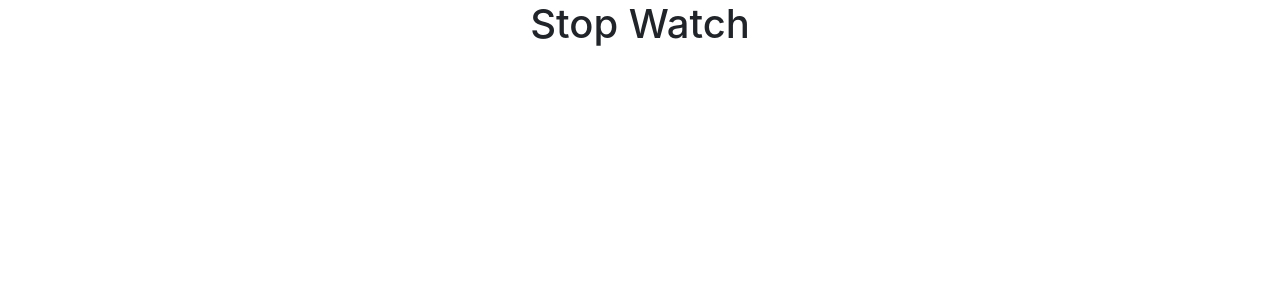
Repository: moiz9265/stopwatch
Page: index.html
These files come from the project's save history. The page is drawn as it stood at one moment and after the next save; the edit follows.
The browser window is 1280 px wide. The pictures show the whole page.

Above is the page before, as saved 2020-07-09 22:42:43.

### index.html
<!DOCTYPE html>
<html lang="en">
  <head>
    <meta charset="utf-8">
    <title>Stop Watch</title>

    <link rel="stylesheet" href="css/bootstrap.min.css">
    <script src="js/app.js">

    </script>
  </head>
  <body>
      <h1  style="text-align: center;">Stop Watch</h1>

  </body>
  <script src="js/jquery-3.2.1.slim.min.js"></script>
  <script src="js/popper.min.js"></script>
  <script src="js/bootstrap.min.js"> </script>
</html>

### css/style.css
body{
    background-color: #0692BF;
}

Loaded but not shown: css/bootstrap.min.css (library); js/jquery-3.2.1.slim.min.js (library); js/popper.min.js (library); js/bootstrap.min.js (library); js/app.js (no stored copy; drawn as an empty file)

After the next save:
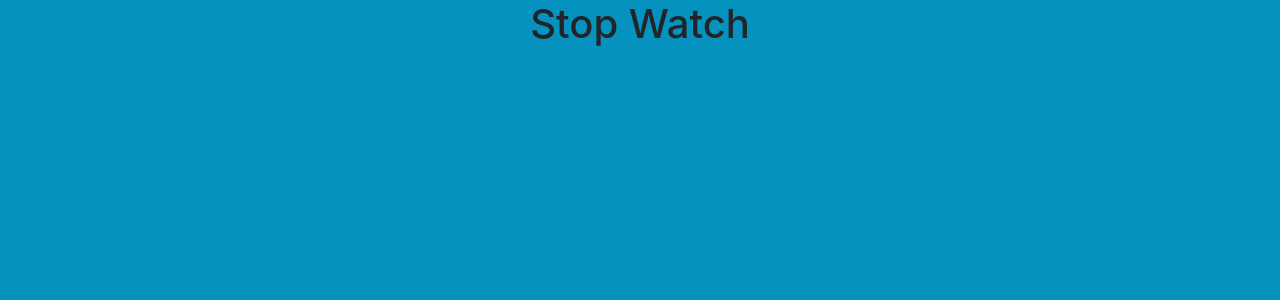
Saved 7 s later.
--- a/index.html
+++ b/index.html
@@ -5,6 +5,7 @@
     <title>Stop Watch</title>
 
     <link rel="stylesheet" href="css/bootstrap.min.css">
+    <link rel="stylesheet" href="css/style.css" type="text/css">
     <script src="js/app.js">
 
     </script>
